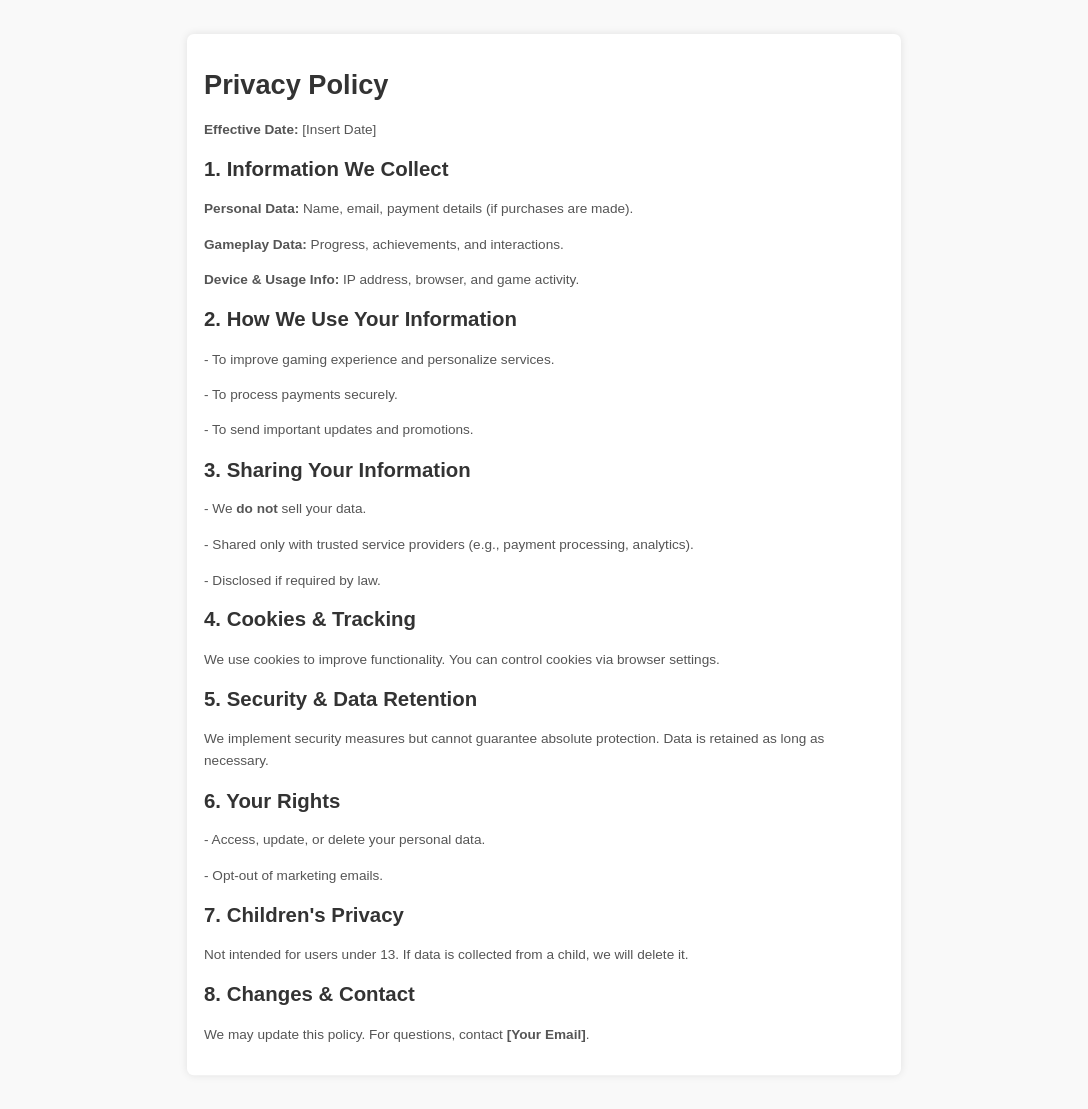
Repository: meenadabhii/jpygames.com
Page: nodejs/views/privacy-policy.html
These files come from the project's save history. The page is drawn as it stood at one moment and after a run of saves; the edit follows.
The browser window is 1280 px wide. The pictures show the whole page, at 85% of full size.

Above is the page before, as saved 2025-02-07 15:56:54.

After the next 2 saves:
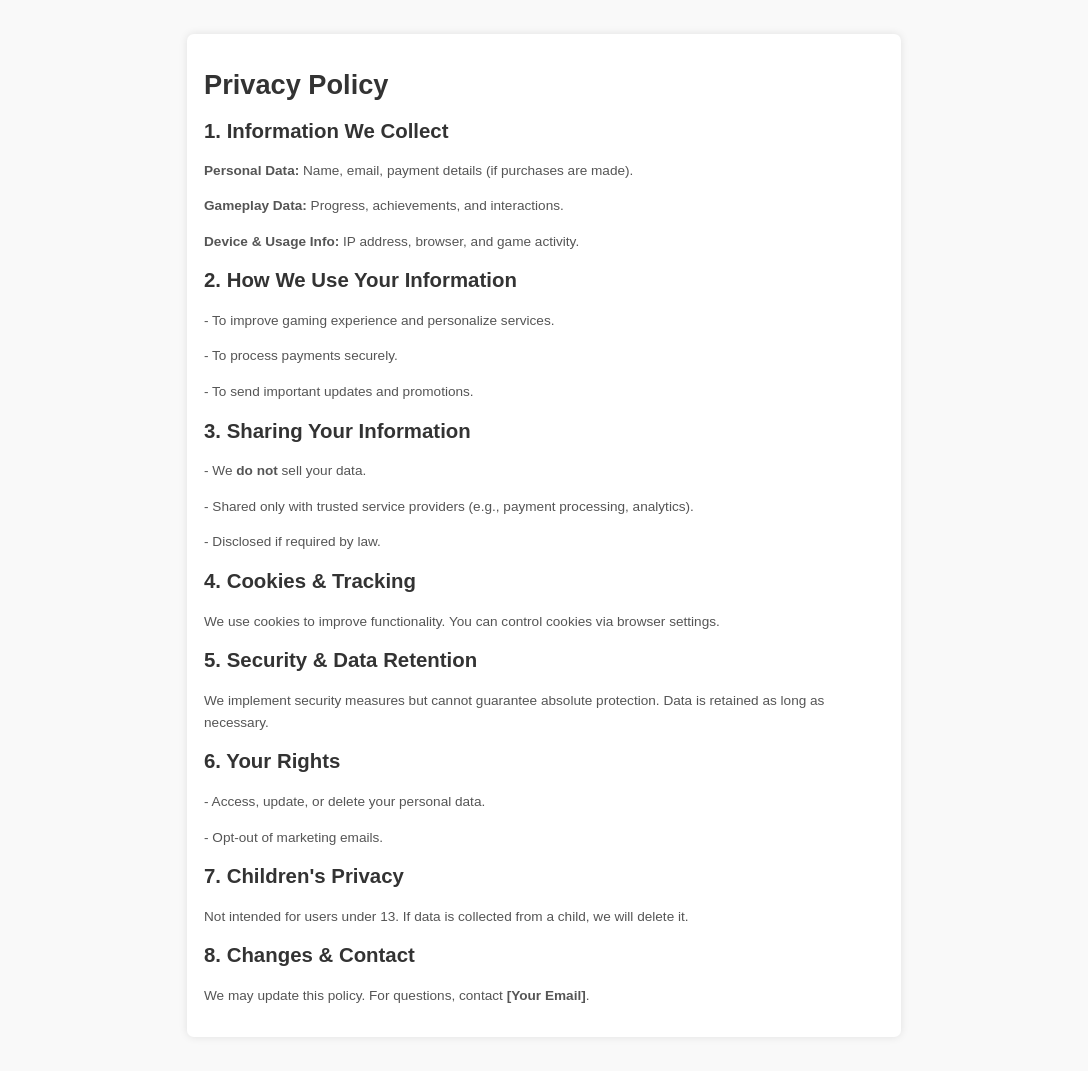
The 2 saves are shown as one change because they came seconds apart.
The last was saved 6 s later.
--- a/nodejs/views/privacy-policy.html
+++ b/nodejs/views/privacy-policy.html
@@ -31,7 +31,6 @@
 <body>
     <div class="container">
         <h1>Privacy Policy</h1>
-        <p><strong>Effective Date:</strong> [Insert Date]</p>
 
         <h2>1. Information We Collect</h2>
         <p><strong>Personal Data:</strong> Name, email, payment details (if purchases are made).</p>
